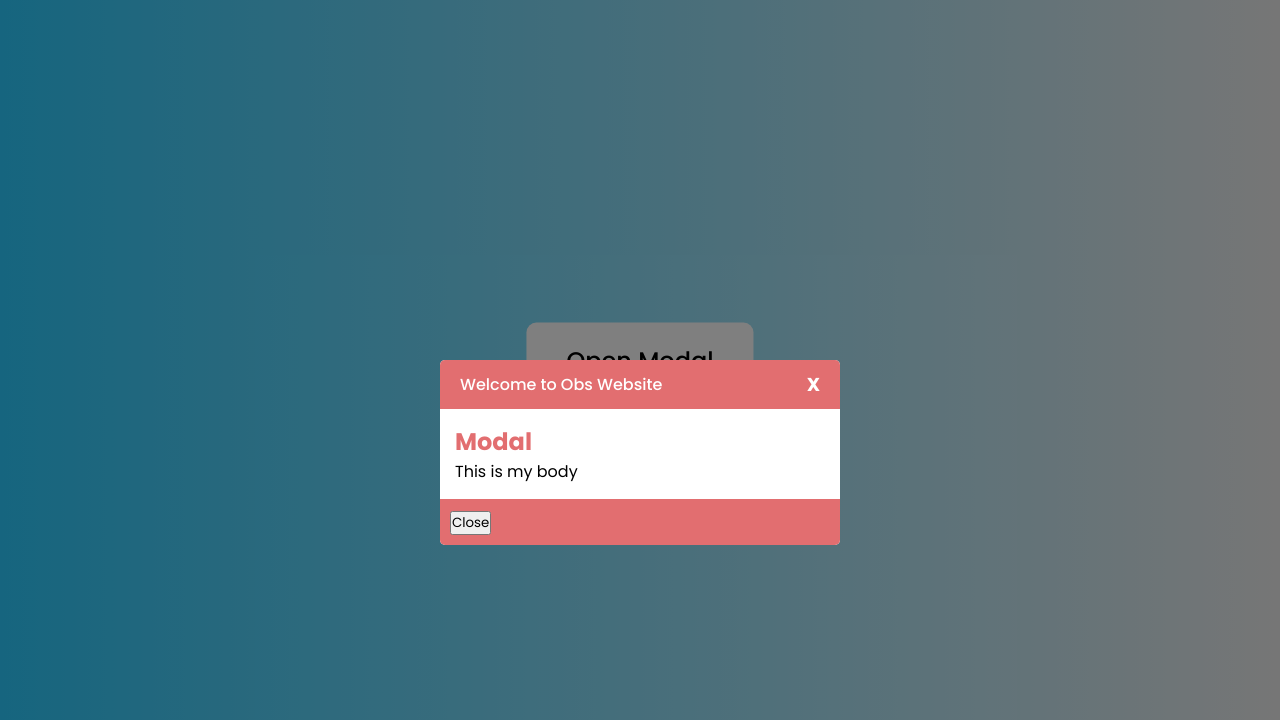
Repository: lausamtuong/Modal_card
Page: index.html
These files come from the project's save history. The page is drawn as it stood at one moment and after a run of saves; the edit follows.
The browser window is 1280 px wide. The pictures show the whole page.
The style sheet was rebuilt from its Sass, Less or Tailwind sources for each picture, by a compiler version that may differ from the author's.

Above is the page before, as saved 2021-12-15 07:01:02.

### index.html
<!DOCTYPE html>
<html lang="en">
<head>
    <meta charset="UTF-8">
    <meta http-equiv="X-UA-Compatible" content="IE=edge">
    <meta name="viewport" content="width=device-width, initial-scale=1.0">
    <link rel="stylesheet" href="style.css">
    <link href="https://fonts.googleapis.com/css2?family=Poppins:wght@400;500;700&display=swap" rel="stylesheet">
    <title>Document</title>
</head>
<body>
    <button class="open__btn">Open Modal</button>
    <div class="modal">
        <div class="modal__inner">
            <div class="modal__header">
                <p>Welcome to Obs Website</p>
                <h3>X</h3>
            </div>
            <div class="modal__body">
                <h2>Modal</h2>
                <p>This is my body</p>
            </div>
            <div class="modal__footer">
                <button class="modal__close-btn">Close</button>
            </div>
        </div>
    </div>
</body>
</html>

### style.scss
*{
    margin: 0;
    padding: 0;
    box-sizing: border-box;
    font-family: 'Poppins', sans-serif;
}
:root{
    --primary-color:#e26e70;
}
body{
    height: 100vh;
    background:  linear-gradient( to right,#2cccff ,#eee );;
}
.open__btn{
     position: relative;;
   top:50%;
   left:50%;
   transform: translate(-50%,-50%);
   outline: none;
   border: none;
   padding : 20px 40px;
   font-weight: 500;
   font-size: 1.5rem;
   border-radius: 10px;
   background-color:#fff;
   &:hover{
      opacity: 0.7;
       cursor: pointer;
       transition: 0.5s;
   }
}
.modal{
    background-color: rgba(0,0,0,0.5);
    position:fixed;
    top:0;
    height: 100vh;
    width:100vw;
    &__inner{
        position:relative;
        width:400px;
        top:50%;
        margin : auto;
        background-color: #fff;
        border-radius: 5px;
        overflow:hidden;
    }
    &__header{
        display: flex;
        justify-content: space-between;
        align-items: center;
        background-color:var(--primary-color);
        padding:10px 20px;
        font-weight: 500;
        font-size: 1rem;
        color:#fff;
    }
    &__body{
        h2{
            color:var(--primary-color);
            font-weight: 700;
            font-size: 1.5rem;
            padding: 15px 15px 0 15px;
        }
        p{
            padding :0 15px 15px 15px;
        }

    }
    &__footer{
        outline: none;
        border: none;
        background-color: var(--primary-color);
        padding:10px;
    }
}

After the next 5 saves:
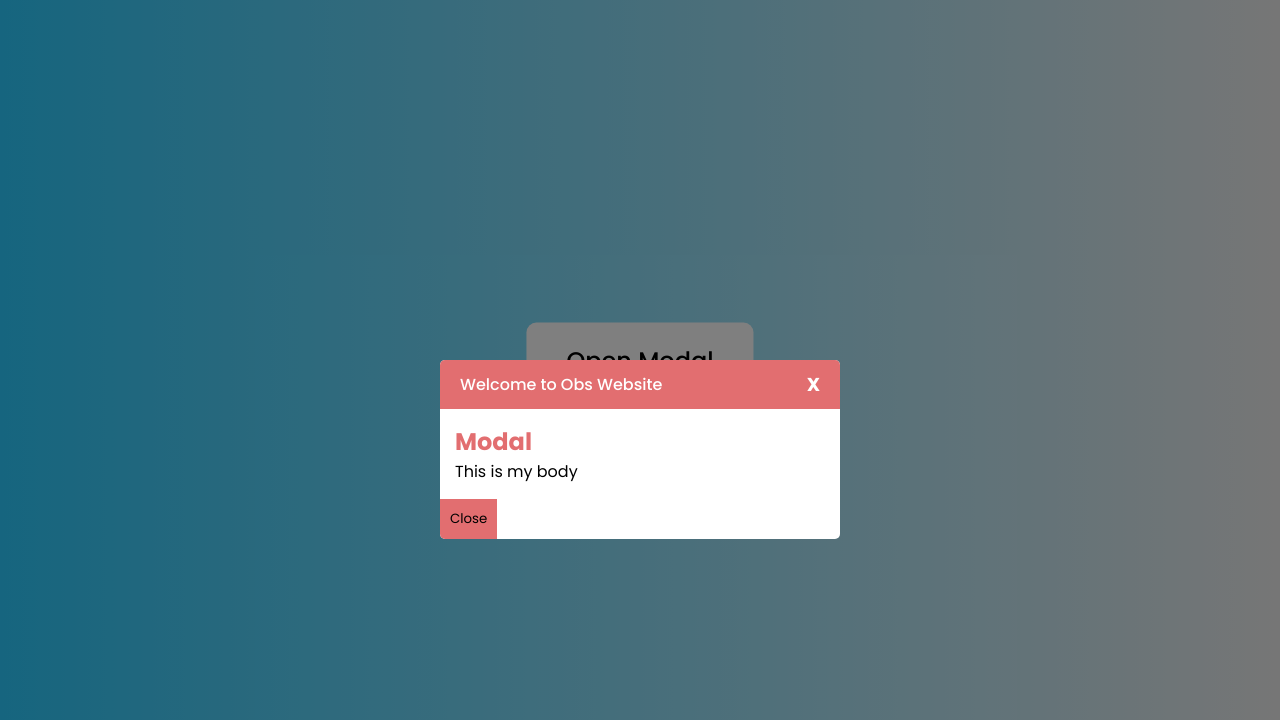
The 5 saves are shown as one change because 1 did not build or start and some came seconds apart.
The last was saved 23 s later.
--- a/style.scss
+++ b/style.scss
@@ -67,9 +67,11 @@ body{
 
     }
     &__footer{
+        button{
         outline: none;
         border: none;
         background-color: var(--primary-color);
         padding:10px;
+        }
     }
 }
